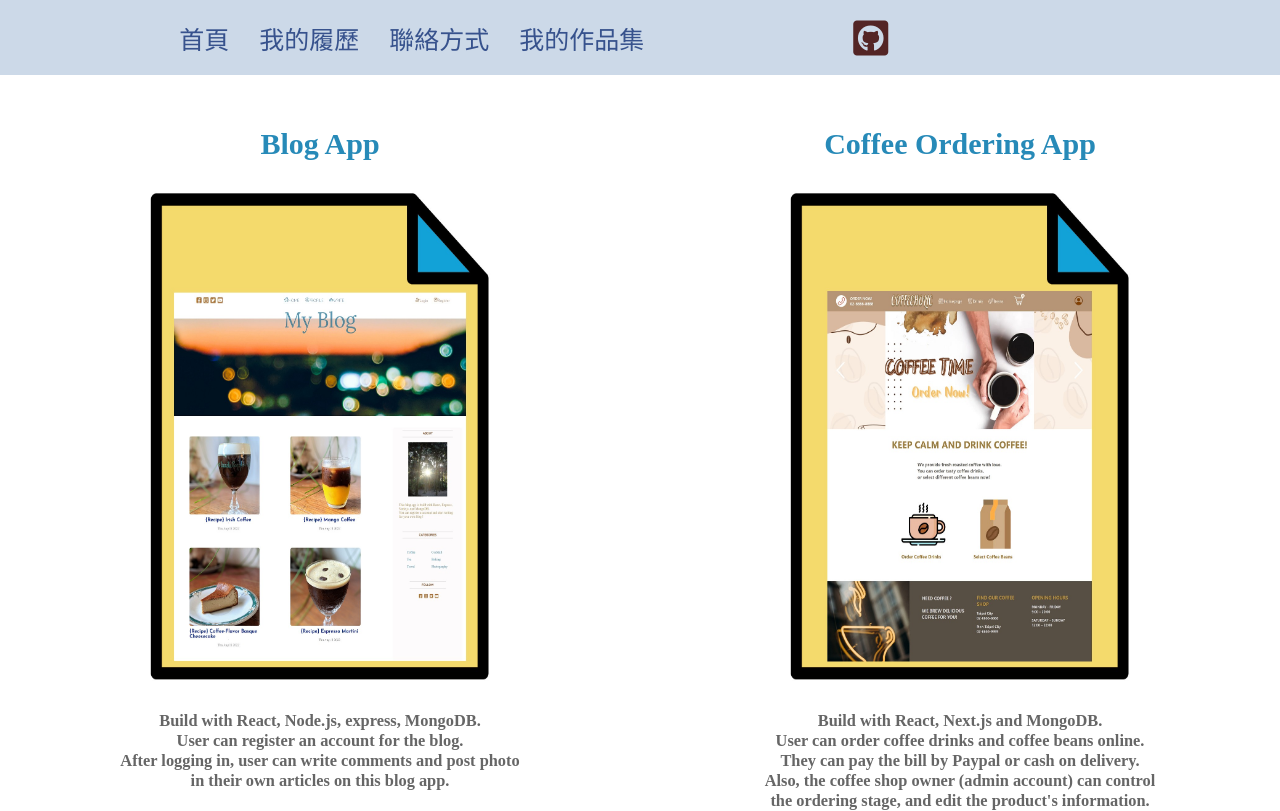
Repository: lcjyc/portfolio-website
Page: /portfolio
The author's editor kept a copy of each file at every save. The page is drawn from the files as they stood at one save, then again after the next save.
The browser window is 1280 px wide. The pictures show the whole page.
The project was rebuilt for these pictures with package versions that can differ from the ones it lists, and the page was loaded fresh each time. Also part of the build but not shown: src/pages/home/home.css, src/pages/home/Home.jsx, src/pages/resume/resume.css, src/pages/resume/Resume.jsx, src/pages/contact/contact.css, src/pages/contact/Contact.jsx.

Above is the page before, as saved 2022-08-21 13:00:01.

### public/index.html
<!DOCTYPE html>
<html lang="zh-tw">
  <head>
    <meta charset="utf-8" />
    <meta name="viewport" content="width=device-width, initial-scale=1" />
    <meta name="theme-color" content="#000000" />
    <meta
      name="description"
      content="Web site created using create-react-app"
    />
    <link
      href="https://fonts.googleapis.com/css2?family=Josefin+Sans:wght@100;200;300;400;500;600;700&family=Lora:ital@0;1&family=Varela&family=Varela+Round&display=swap"
      rel="stylesheet"
    />
    <link
      rel="stylesheet"
      href="https://cdnjs.cloudflare.com/ajax/libs/font-awesome/5.15.3/css/all.min.css"
      integrity="sha512-iBBXm8fW90+nuLcSKlbmrPcLa0OT92xO1BIsZ+ywDWZCvqsWgccV3gFoRBv0z+8dLJgyAHIhR35VZc2oM/gI1w=="
      crossorigin="anonymous"
    />
    <style>
      * {
        margin: 0;
      }
    </style>
    <style>
      .link {
        text-decoration: none;
        color: inherit;
      }
    </style>
    <title>Lesley Chen|Portfolio</title>
  </head>

  <body>
    <noscript>You need to enable JavaScript to run this app.</noscript>
    <div id="root"></div>
  </body>
</html>

### src/App.js
import TopBar from "./components/topbar/TopBar";
import Home from "./pages/home/Home";
import Resume from "./pages/resume/Resume";
import Contact from "./pages/contact/Contact";
import Portfolio from "./pages/portfolio/Portfolio";

import { BrowserRouter as Router, Routes, Route } from "react-router-dom";

function App() {
  return (
    <Router>
      <TopBar />
      <Routes>
        <Route path="/" element={<Home />} />
        <Route path="/resume" element={<Resume />} />
        <Route path="/contact" element={<Contact />} />
        <Route path="/portfolio" element={<Portfolio />} />
      </Routes>
    </Router>
  );
}

export default App;

### src/components/topbar/TopBar.jsx
import { Link } from "react-router-dom";
import "./topbar.css";

export default function TopBar() {
  return (
    <div className="top">
      <div className="topLeft">
        <ul className="topList">
          <li className="topListItem">
            <Link className="link" to="/">
              首頁
            </Link>
          </li>
          <li className="topListItem">
            <Link className="link" to="/resume">
              我的履歷
            </Link>
          </li>
          <li className="topListItem">
            <Link className="link" to="/contact">
              聯絡方式
            </Link>
          </li>
          <li className="topListItem">
            <Link className="link" to="/portfolio">
              我的作品集
            </Link>
          </li>
        </ul>
      </div>
      <div className="topRight">
        <a href="https://github.com/lcjyc/">
          <i className="topIcon fab fa-github-square"></i>
        </a>
      </div>
    </div>
  );
}

### src/pages/portfolio/Portfolio.jsx
import "./portfolio.css";
import blog from "../../images/blog.jpg";
import coffeeorder from "../../images/coffeeorder.jpg";

const portfolio = () => {
  return (
    <div className="portfolio">
      <div className="left">
        <a
          href="https://lesleyblog.herokuapp.com/"
          target="_blank"
          rel="noopener noreferrer"
          className="link"
        >
          <h1 className="app">Blog App</h1>
        </a>
        <img src={blog} alt="" className="img" />
        <div className="desc">
          <h3>
            Build with React, Node.js, express, MongoDB.
            <br />
            User can register an account for the blog.
            <br />
            After logging in, user can write comments and post photo in their
            own articles on this blog app.
            <br />
          </h3>
        </div>
      </div>
      <div className="right">
        <a
          href="https://coffee-ordering.vercel.app/"
          target="_blank"
          rel="noopener noreferrer"
          className="link"
        >
          <h1 className="app">Coffee Ordering App</h1>
        </a>
        <img src={coffeeorder} alt="" className="img" />
        <div className="desc">
          <h3>
            Build with React, Next.js and MongoDB.
            <br />
            User can order coffee drinks and coffee beans online.
            <br />
            They can pay the bill by Paypal or cash on delivery.
            <br />
            Also, the coffee shop owner (admin account) can control the ordering
            stage, and edit the product's information.
          </h3>
        </div>
      </div>
    </div>
  );
};

export default portfolio;

### src/components/topbar/topbar.css
.top {
  width: 100%;
  height: 6vh;
  background-color: rgb(154, 179, 210, 0.5);
  position: sticky;
  top: 0;
  padding: 1rem 0rem;
  display: flex;
  align-items: center;
  z-index: 999;
}

.topLeft {
  flex: 6;
  display: flex;
  align-items: center;
  justify-content: center;
}

.topRight {
  flex: 3;
  display: flex;
}

.topIcon {
  font-size: 40px;
  margin-right: 10px;
  color: rgb(83, 37, 37);
  cursor: pointer;
}

.topImg {
  width: 40px;
  height: 40px;
  border-radius: 50%;
  object-fit: cover;
  cursor: pointer;
}

.topList {
  display: flex;
  justify-content: center;
  margin: 0;
  padding: 0;
  list-style: none;
}

.topListItem {
  margin-right: 30px;
  font-size: 25px;
  color: rgb(55, 82, 141);
  cursor: pointer;
}

.topListItem :hover {
  color: white;
}

### src/pages/portfolio/portfolio.css
.portfolio {
  display: flex;
  height: 87vh;
  width: 100%;
  padding-top: 3vh;
}

.left,
.right {
  flex: 1;
  padding: 30px;
  display: block;
  text-align: center;
  width: 600px;
}

.link {
  text-decoration: none;
  cursor: pointer;
}

.app {
  color: rgb(39, 138, 184);
  font-size: 30px;
}

.img {
  height: 550px;
  width: 350px;
  display: block;
  margin: auto;
}

.desc {
  width: 400px;
  text-align: center;
  display: block;
  margin: auto;
  font-size: 14px;
  color: #666;
}

Loaded but not shown: src/index.js (common file)

After the next save:
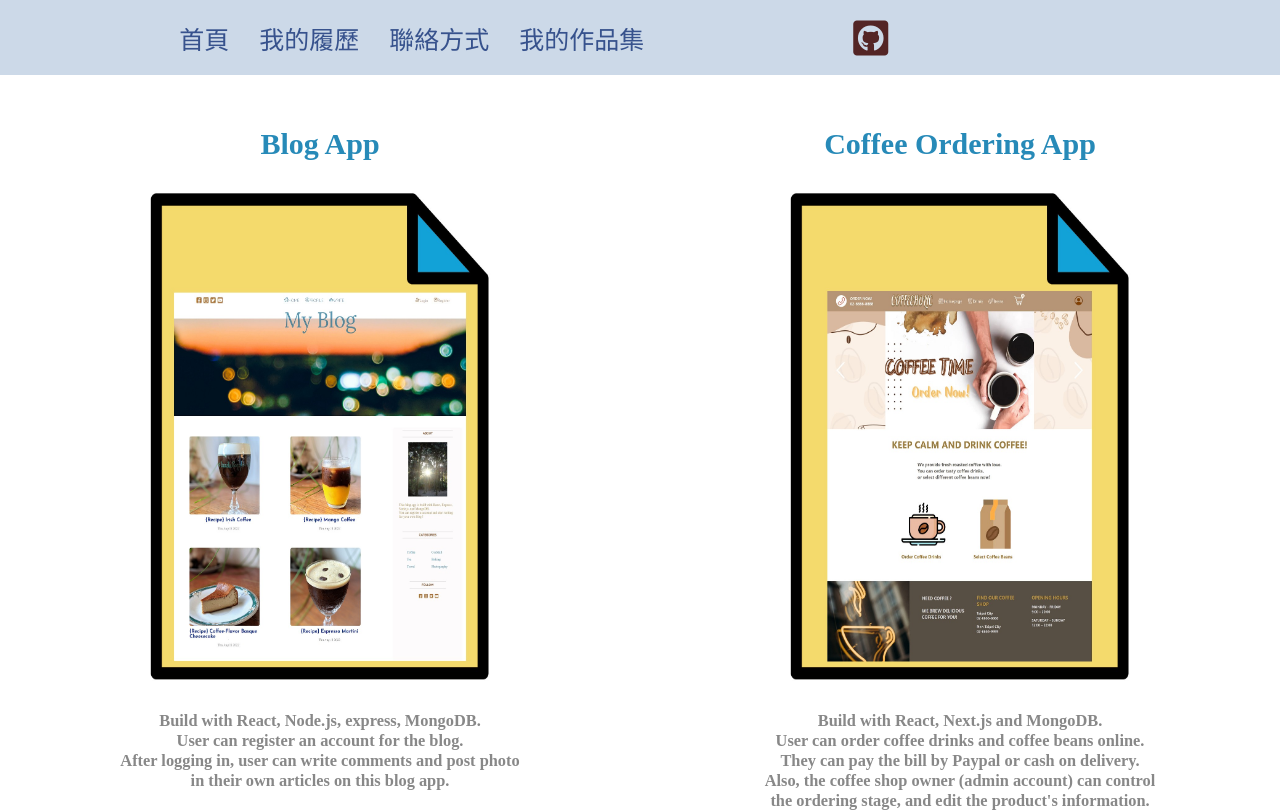
Saved 15 s later.
--- a/src/pages/portfolio/portfolio.css
+++ b/src/pages/portfolio/portfolio.css
@@ -37,5 +37,5 @@
   display: block;
   margin: auto;
   font-size: 14px;
-  color: #666;
+  color: #888;
 }
